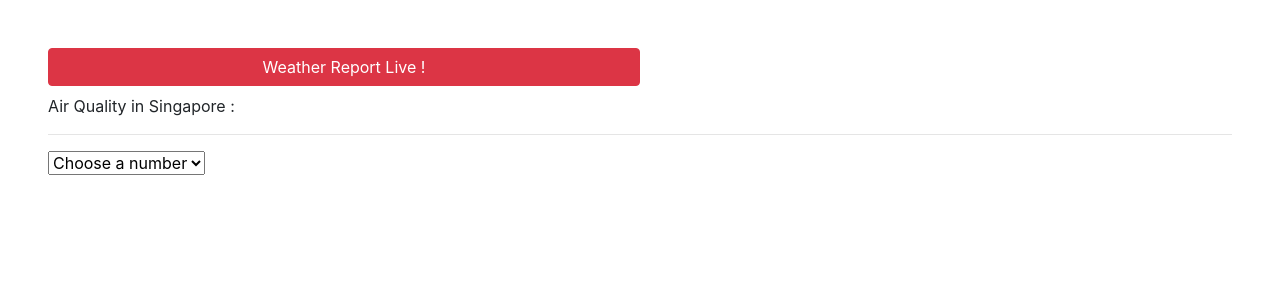
Repository: Code-Institute-Submissions/projectchen88-weatherForecast
Page: index.html
The author's editor kept a record of every edit. The page is drawn from the files as they stood at one moment, then again after the next edit.
The browser window is 1280 px wide. The pictures show the whole page.
The page's requests for data from a server got no answer.

Above is the page before.
Console error (its wording comes from the project's code and is left out).

After the next edit:
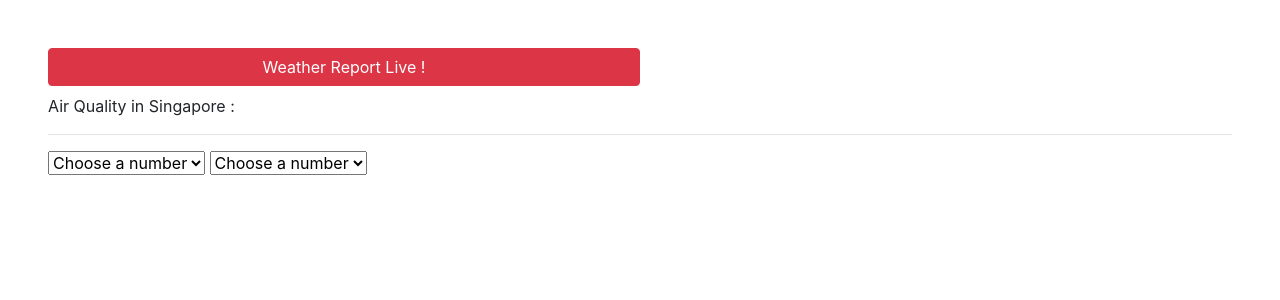
The edit:
--- a/index.html
+++ b/index.html
@@ -25,7 +25,9 @@
         <select id="select">
             <option>Choose a number</option>
         </select>
-
+        <select id="select">
+            <option>Choose a number</option>
+        </select>
         </div>
     </main>
 
